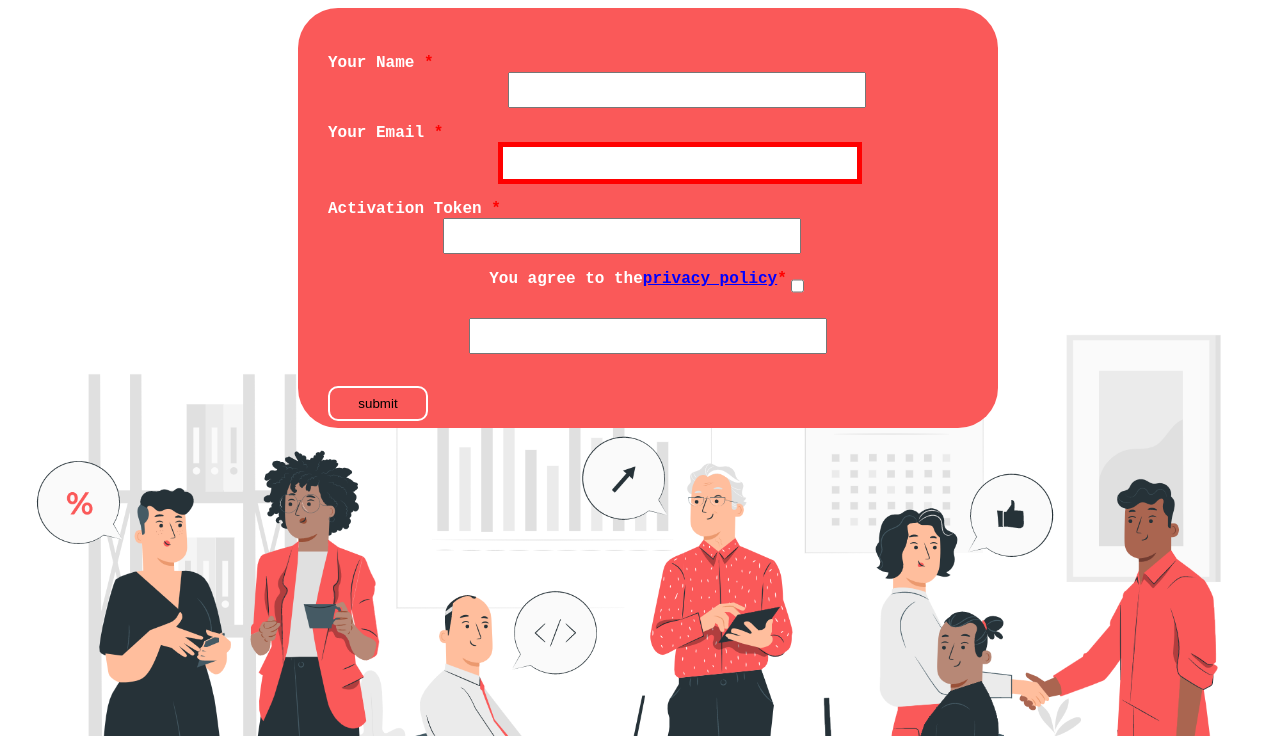
Repository: Rachael4life/Assignment-1
Page: starter-code/src/index.html
The author's editor kept a copy of each file at every save. The page is drawn from the files as they stood at one save, then again after the next save.
The browser window is 1280 px wide. The page is 1288 px wide, so the pictures cover 1288 px, including what lies to the right of the window. The pictures show the whole page.

Above is the page before, as saved 2022-02-28 06:41:11.

### starter-code/src/index.html
<!DOCTYPE html>
<html lang="en">
<head>
    <meta charset="UTF-8">
    <meta http-equiv="X-UA-Compatible" content="IE=edge">
    <meta name="viewport" content="width=device-width, initial-scale=1.0">
    <link rel="stylesheet" href="style.css">
    <link rel="preconnect" href="https://fonts.googleapis.com">
<link rel="preconnect" href="https://fonts.gstatic.com" crossorigin>
    <link href="https://fonts.googleapis.com/css2?family=Courier+Prime&display=swap" rel="stylesheet">
    <title>Assignment 1</title>
</head>
<body>
    <div id="ramyeon">
        <form class="kimchi">
            <div> <p></p>
                <label for="name">Your Name <span class="asteric">*</span></label>
                <input class="formgroup" type="text" name="name" id="name" placeholder="">
            </div>
            <div> <p></p>
                <label for="email">Your Email <span class="asteric">*</span> </label>
                <input class="formgroup" type="text" name="email" id="email" placeholder="">
            </div>
            <div> <p></p>
                <label for="password">Activation Token <span class="asteric">*</span> </label>
                <input class="formgroup" type="password" name="activation token" id="password" placeholder="">
            </div>
           <p></p>
            <div class="water"><p></p>
                You agree to the <a href="privacy policy" id="privacy"><b> privacy policy</a></b><span class="asteric">*</span> <input type="checkbox">
            </div>
            <p></p>
            <div id="validation"><p></p>
                <label for="validation"></label>
                <input type="text" class="formgroup">
            </div>
            <p></p>
            <div class="gogi"><p></p>
                <button type="button">submit</button>
            </div>
        </form>
    </div>
</body>
</html>

### starter-code/src/style.css
body {
    color: white;
    font-family: 'Courier Prime', monospace;
    width: 100vw;
    height: 100vh;
    background-image: url("img.png");
    background-size: cover;
    background-repeat: no-repeat;
    font-size: 16px;
}
form {
    background-color: #fa5959;
    font-size: 16px;
    width: 50%;
    height: 50%;
    padding: 30px;
    border-radius: 40px;
    font-weight: bold;
}
#name {
    margin-left: 180px;
    height: 30px;
    width: 350px;
}
#email {
    margin-left: 170px;
    height: 30px;
    width: 350px;
}
#password {
    margin-left: 115px;
    height: 30px;
    width: 350px;
}
#ramyeon {
    display: flex;
    justify-content: center;
    align-content: space-between;
    width: 100%;
    height: 100%;
    font-family: 'Courier New', Courier, monospace;
}
#validation {
    align-content: center;
    justify-content: center;
    display: flex;
}
.gogi {
    justify-content: center;
    align-content: center;
    display: flex
    width: 25%;
}
button {
    display: ;
    border-style: solid;
    border-radius: 10px;
    border-color: white;
    background: #fa5959;
    margin: auto;
    height: 35px;
    width: 100px;
}
.water {
    align-content: center;
    justify-content: center;
    display:flex;
}
.formgroup {
    width: 350px;
    height: 30px;
}
#email {
    border: 5px solid red;
}
.asteric {
    color: red;
}
#privacy {
    color: blue;
    font-weight: bolder;
}

After the next save:
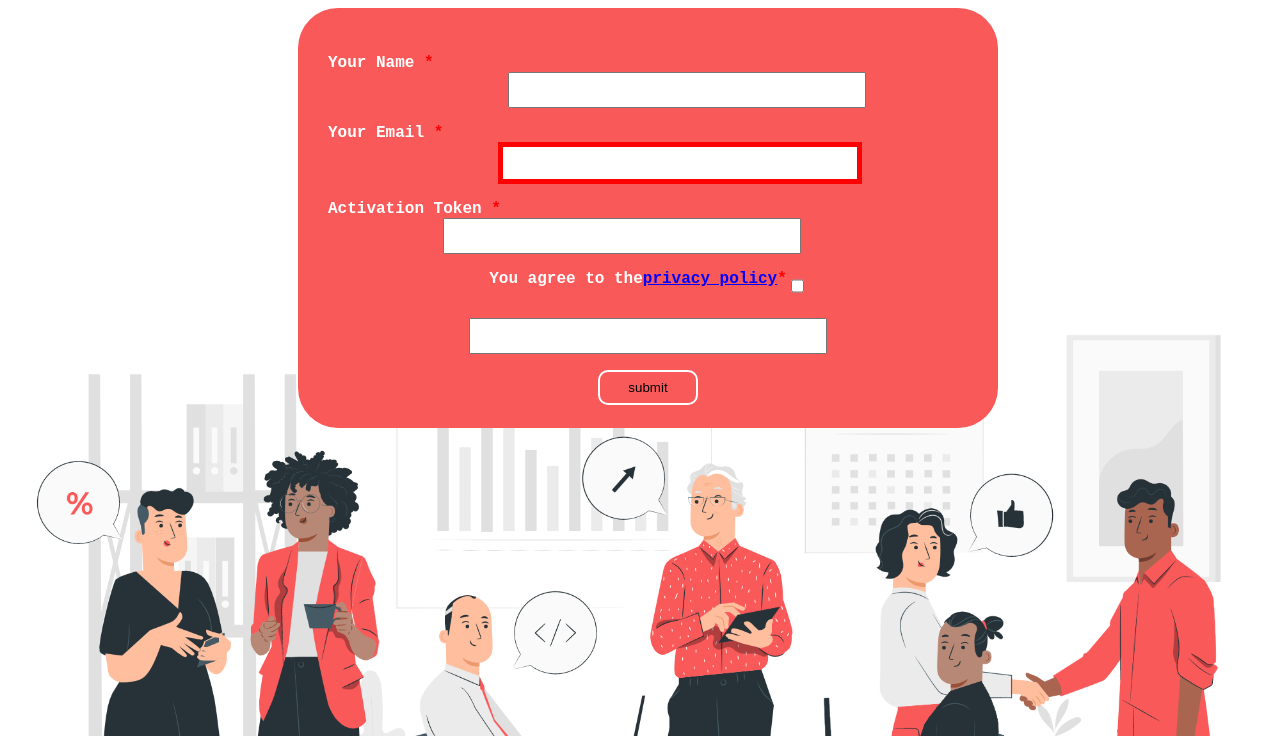
Saved 16 s later.
--- a/starter-code/src/style.css
+++ b/starter-code/src/style.css
@@ -49,7 +49,6 @@
     justify-content: center;
     align-content: center;
     display: flex
-    width: 25%;
 }
 button {
     display: ;

After the save that followed:
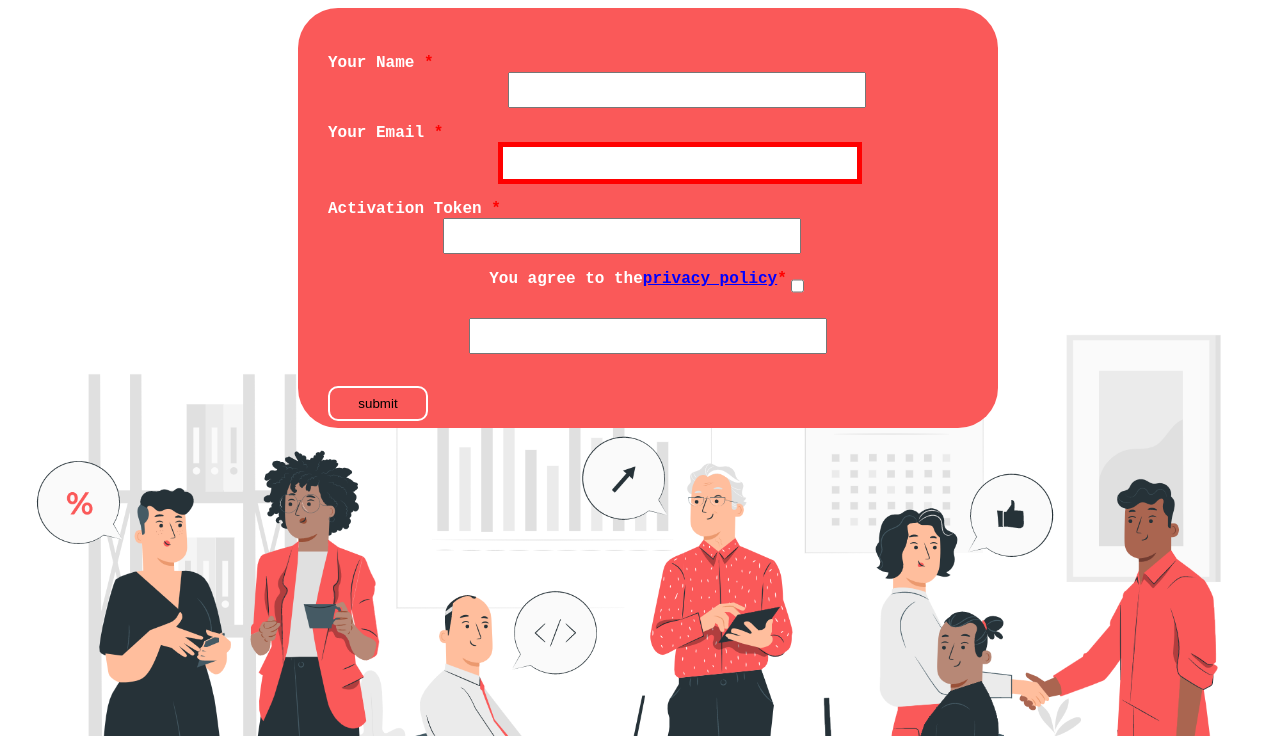
Saved 104 s later.
--- a/starter-code/src/style.css
+++ b/starter-code/src/style.css
@@ -48,7 +48,6 @@
 .gogi {
     justify-content: center;
     align-content: center;
-    display: flex
 }
 button {
     display: ;
